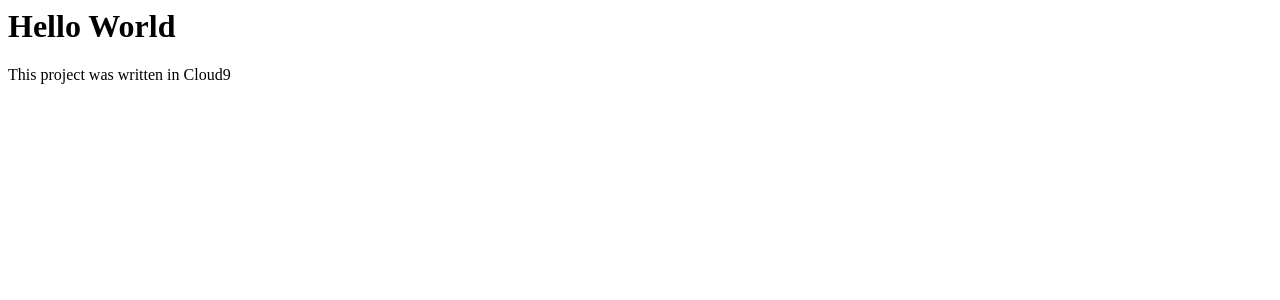
Repository: Taitdanielle/my-first-website
Page: tream-one.html
The author's editor kept a record of every edit. The page is drawn from the files as they stood at one moment, then again after the next edit.
The browser window is 1280 px wide. The pictures show the whole page.

Above is the page before.

After the next edit:
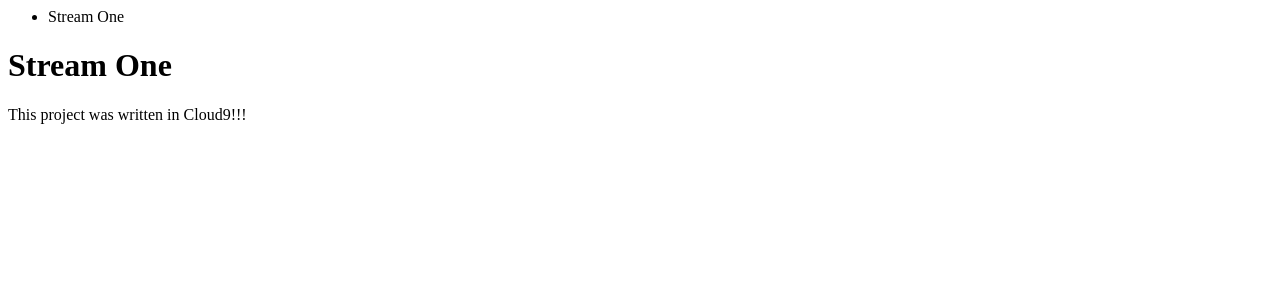
The edit:
--- a/tream-one.html
+++ b/tream-one.html
@@ -2,8 +2,15 @@
 <head>
 <title> Stream One </title>
 <body>
-<h1> Hello World</h1>
-<p> This project was written in Cloud9</p>
+    <nav>
+        <ul>
+            <li><a href="Stream-One.html"></a> Stream One
+
+            </li>
+        </ul>
+    </nav>
+<h1> Stream One </h1>
+<p> This project was written in Cloud9!!!</p>
 </body>
 
 </head>
